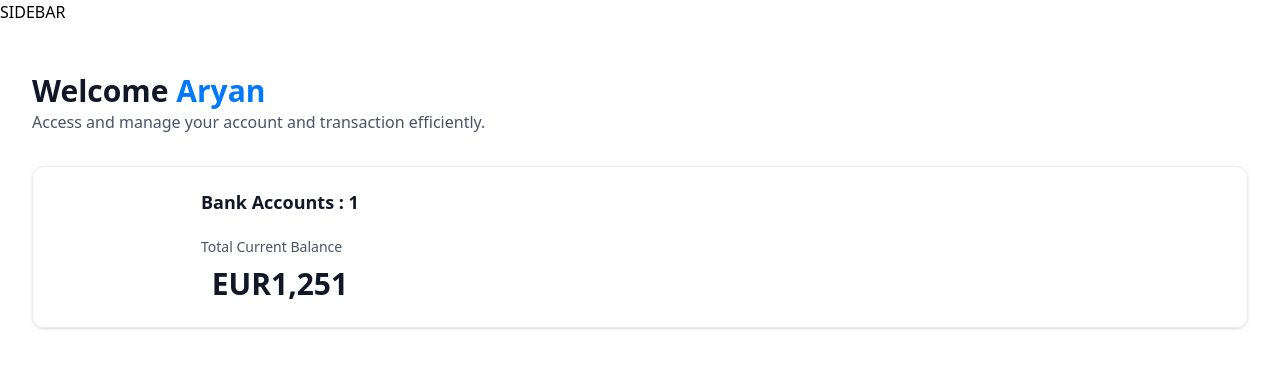
Repository: Strong02coder/banking_app
Page: /
The author's editor kept a copy of each file at every save. The page is drawn from the files as they stood at one save, then again after the next save.
The browser window is 1280 px wide. The pictures show the whole page.
The project was rebuilt for these pictures with package versions that can differ from the ones it lists, and the page was loaded fresh each time. The framework's server and built-in components were replaced by stand-ins that run in the browser. Also part of the build but not shown: next.config.mjs.

Above is the page before, as saved 2024-09-19 19:28:30.

### app/layout.tsx
import type { Metadata } from "next";
import localFont from "next/font/local";
import "./globals.css";

const geistSans = localFont({
  src: "./fonts/GeistVF.woff",
  variable: "--font-geist-sans",
  weight: "100 900",
});
const geistMono = localFont({
  src: "./fonts/GeistMonoVF.woff",
  variable: "--font-geist-mono",
  weight: "100 900",
});

export const metadata: Metadata = {
  title: "Horizon",
  description: "Horizon is a modern banking platform for everyone.",
	icons: {
		icon: '/icons/logo.svg'
	}
};

export default function RootLayout({
  children,
}: Readonly<{
  children: React.ReactNode;
}>) {
  return (
    <html lang="en">
      <body className={`${geistSans.variable} ${geistMono.variable}antialiased`}>{children}</body>
    </html>
  );
}

### app/(root)/layout.tsx
export default function RootLayout({
  children,
}: Readonly<{
  children: React.ReactNode;
}>) {
  return (
    <main>
			SIDEBAR
			{children}
		</main>
  );
}

### app/(root)/page.tsx
import HeaderBox from '@/components/Headerbox'
import TotalBalanceBox from '@/components/TotalBalanceBox'

const Home = () => {
	const loggedIn = {firstName : 'Aryan'}
	return (
		<section className="home">
			<div className="home-content">
				<header className="home-header">
					<HeaderBox
					  type = "greeting"
						title = "Welcome"
						user = {loggedIn?.firstName || 'Guest'}
						subtext = "Access and manage your account and transaction efficiently."
					/>
					<TotalBalanceBox
					  accounts = {[]}
						totalBanks = {1}
						totalCurrentBalance = {1250.55}
					/>
				</header>
			</div>
		</section>
	)
}

export default Home

### components/Headerbox.tsx
const Headerbox = ({type = "title", title, subtext, user}: HeaderBoxProps) => {
	return (
		<div className="header-box">
			<h1 className="header-box-title">
				{title}
				{type === 'greeting' && (
					<span className="text-bankGradient">
						&nbsp;{user}
					</span>
				)}
				<p className="header-box-subtext">{subtext}</p>

			</h1>
		</div>
	)
}

export default Headerbox

### components/TotalBalanceBox.tsx
import AnimatedCounter from './AnimatedCounter'

const TotalBalanceBox = ({accounts = [], totalBanks, totalCurrentBalance}: TotlaBalanceBoxProps) => {
	return (
		<section className="total-balance">
			<div className="total-balance-chart">
				{/* DonughnutChart */}
			</div>
			<div className="flex flex-col gap-6">
				<h2 className="header-2">
					Bank Accounts : {totalBanks}
				</h2>
				<div className="flex flex-col gap-2">
					<p className="total-balance-label">
						Total Current Balance
					</p>
					<p className="total-balance-amount flex-center gap-2">
						<AnimatedCounter amount={totalCurrentBalance}/>
					</p>
				</div>
			</div>
		</section>
	)
}

export default TotalBalanceBox

### components/AnimatedCounter.tsx
'use client';

import CountUp from "react-countup";

const AnimatedCounter = ({amount}:{amount:number}) => {
	return (
		<div>
			<CountUp
			  decimal=","
  			prefix="EUR"
				end={amount}
			/>
		</div>
	)
}

export default AnimatedCounter

Loaded but not shown: app/globals.css (common file); tailwind.config.ts (common file)

After the next save:
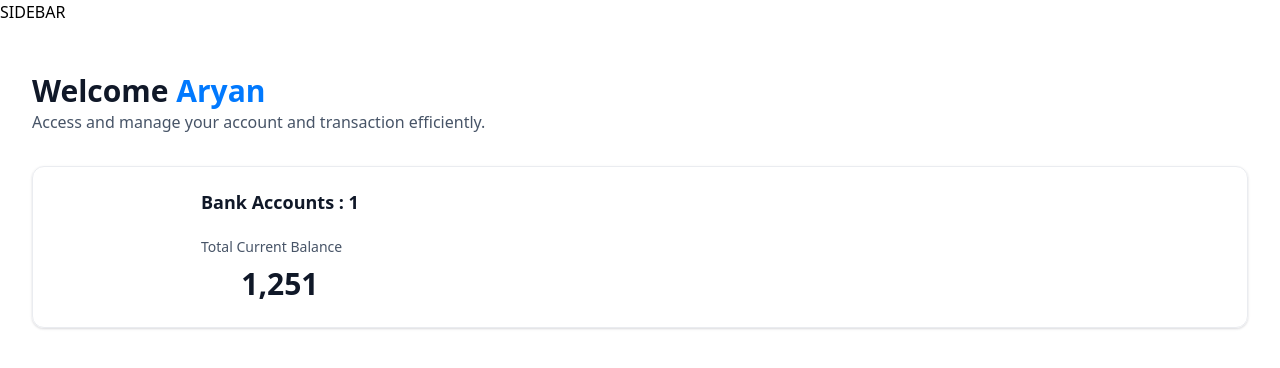
Saved 5 s later.
--- a/components/AnimatedCounter.tsx
+++ b/components/AnimatedCounter.tsx
@@ -7,7 +7,7 @@ const AnimatedCounter = ({amount}:{amount:number}) => {
 		<div>
 			<CountUp
 			  decimal=","
-  			prefix="EUR"
+  			prefix=""
 				end={amount}
 			/>
 		</div>
